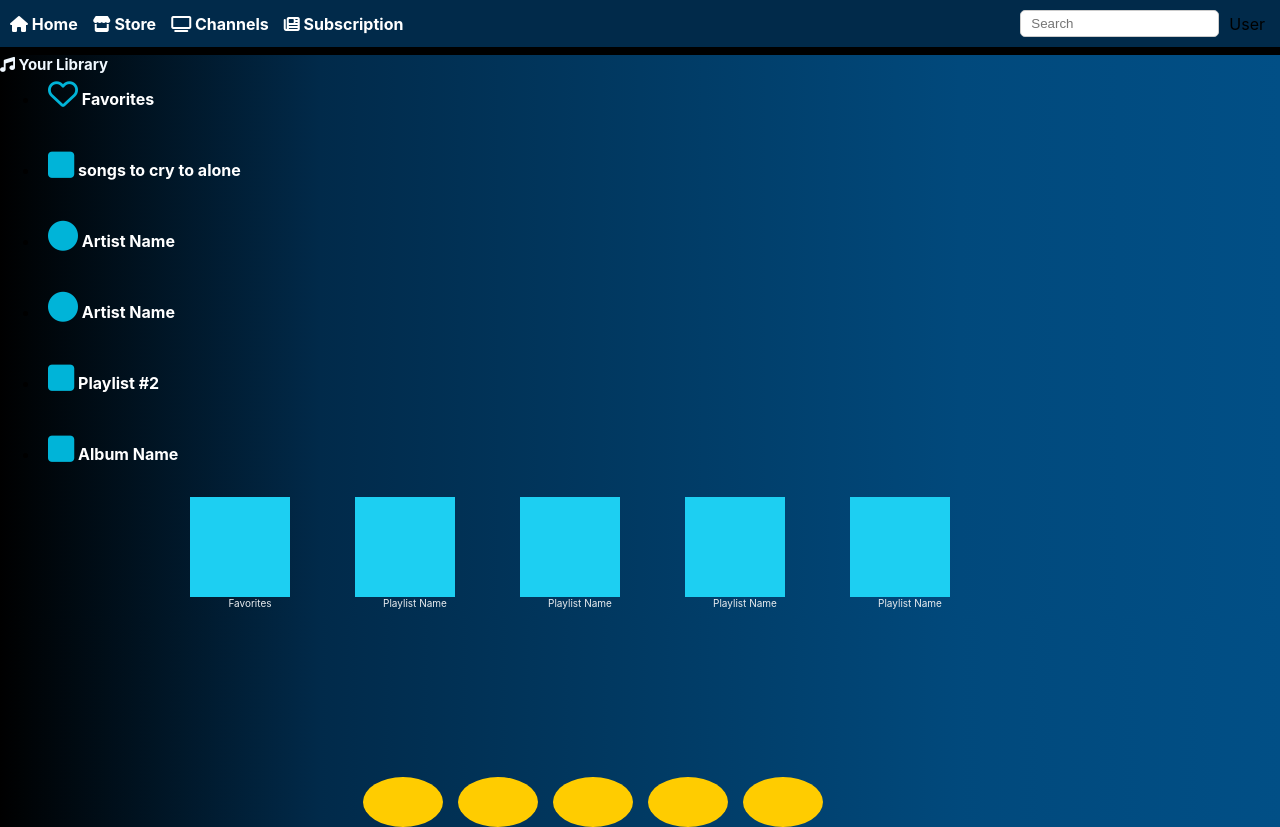
Repository: gordonnrat/group-2-project
Page: / (app in source-code/)
The author's editor kept a copy of each file at every save. The page is drawn from the files as they stood at one save, then again after the next save.
The browser window is 1280 px wide. The pictures show the whole page.
The project was rebuilt for these pictures with package versions that can differ from the ones it lists, and the page was loaded fresh each time. Also part of the build but not shown: source-code/src/App.css, source-code/src/App.js, source-code/src/components/pages/Login.js.

Above is the page before, as saved 2023-07-29 21:29:52.

### source-code/src/index.js
import React from 'react';
import ReactDOM from 'react-dom';
import './index.css';
import reportWebVitals from './reportWebVitals';
import {
  BrowserRouter as Router,
  Routes,
  Route,
  Link
} from "react-router-dom";

import App from './App';
import Home from './components/pages/Home';
import Login from './components/pages/Login';

ReactDOM.render(
  <React.StrictMode>
    <Router>
      <Routes>
        <Route path="/" element={<Home />} />
        <Route path="/login" element={<Login />} />
        {/* Add more routes here */}
        <Route path="/group-2-project" element={<Link to="/" />} />
      </Routes>
    </Router>
  </React.StrictMode>,
  document.getElementById('root')
);

// If you want to start measuring performance in your app, pass a function
// to log results (for example: reportWebVitals(console.log))
// or send to an analytics endpoint. Learn more: https://bit.ly/CRA-vitals
reportWebVitals();

### source-code/src/index.css
body {
  margin: 0;
  font-family: -apple-system, BlinkMacSystemFont, 'Segoe UI', 'Roboto', 'Oxygen',
    'Ubuntu', 'Cantarell', 'Fira Sans', 'Droid Sans', 'Helvetica Neue',
    sans-serif;
  -webkit-font-smoothing: antialiased;
  -moz-osx-font-smoothing: grayscale;
}

code {
  font-family: source-code-pro, Menlo, Monaco, Consolas, 'Courier New',
    monospace;
}

body {
  background: linear-gradient(0.25turn,black,#012A4A, #013A63, #01497C,#014F86);


}

### source-code/src/components/pages/Home.js
// Home.js

import React from "react";
import { Link } from "react-router-dom";
import Navbar from "../Navbar";
import "./js.css";

function Home() {
  return (
    <div>
      <Navbar />
      <h1 className="top-heading">
        <i className="fas fa-music"></i> Your Library
      </h1>
      <div className="main-container">
        <div className="squares-container">
          {/* Square 1 */}
          <Link to="/favorites">
            <div className="square-container">
              <div className="text">Favorites</div>
              <div className="square square-red"></div>
            </div>
          </Link>

          {/* Square 2 */}
          <Link to="/Playlist">
            <div className="square-container">
              <div className="text">Playlist Name</div>
              <div className="square square-blue"></div>
            </div>
          </Link>

          {/* Square 3 */}
          <Link to="/Playlist">
            <div className="square-container">
              <div className="text">Playlist Name</div>
              <div className="square square-green"></div>
            </div>
          </Link>

          {/* Square 4 */}
          <Link to="/Playlist">
            <div className="square-container">
              <div className="text">Playlist Name</div>
              <div className="square square-orange"></div>
            </div>
          </Link>

          {/* Square 5 */}
          <Link to="/Playlist">
            <div className="square-container">
              <div className="text">Playlist Name</div>
              <div className="square square-purple"></div>
            </div>
          </Link>
        </div>

        <div className="circles-container">
          {/* Circle 1 */}
          <Link to="/Playlist">
            <div className="circle-container">
              <div className="circle"></div>
            </div>
          </Link>

          {/* Circle 2 */}
          <Link to="/Playlist">
            <div className="circle-container">
              <div className="circle"></div>
            </div>
          </Link>

          {/* Circle 3 */}
          <Link to="/Playlist">
            <div className="circle-container">
              <div className="circle"></div>
            </div>
          </Link>

          {/* Circle 4 */}
          <Link to="/Playlist">
            <div className="circle-container">
              <div className="circle"></div>
            </div>
          </Link>

          {/* Circle 5 */}
          <Link to="/Playlist">
            <div className="circle-container">
              <div className="circle"></div>
            </div>
          </Link>
        </div>
      </div>
    </div>
  );
}

export default Home;

### source-code/src/components/Navbar.js
import React from "react";
import { Link } from "react-router-dom";
import "./Navbar.css";
import "@fortawesome/fontawesome-free/css/all.min.css";

function Navbar() {
  return (
    <div>
      {/* Main Navbar */}
      <nav className="navbar">
        <ul className="left-nav">
          <li>
            <Link to="/">
              <i className="fas fa-home"></i> Home
            </Link>
          </li>
          <li>
            <Link to="/Store">
              <i className="fas fa-store"></i> Store
            </Link>
          </li>
          <li>
            <Link to="/Channels">
              <i className="fas fa-tv"></i> Channels
            </Link>
          </li>
          <li>
            <Link to="/Subscription">
              <i className="fas fa-newspaper"></i> Subscription
            </Link>
          </li>
        </ul>
        <div className="right-nav">
          <input type="text" placeholder="Search" />
          <div className="user-section">
            {/* Your user-related elements can go here */}
            <span>User</span>
          </div>
        </div>
      </nav>

      {/* Sidebar */}
      <aside className="sidebar">
        {/* Your sidebar content can go here */}
        <ul>
          <li>
            <Link to="/Favorites">
              <i className="far fa-heart"></i> Favorites
            </Link>
          </li>
          <li>
            <Link to="/songs to cry to alone">
              <i className="fas fa-square"></i> songs to cry to alone

            </Link>
          </li>
          {/* Add more sidebar items as needed */}

          <li>
          <Link to="/Artist Name">
              <i className="fas fa-circle"></i> Artist Name
            </Link>
            </li>


            <li>
            <Link to="/Artist Name">
              <i className="fas fa-circle"></i> Artist Name
            </Link>
            </li>

            <li>
            <Link to="/Playlist">
              <i className="fas fa-square"></i> Playlist #2
            </Link>
            </li>
            <li>
            <Link to="/Album Name">
              <i className="fas fa-square"></i> Album Name
            </Link>
            </li>













        </ul>
      </aside>
    </div>
  );
}

export default Navbar;

### source-code/src/components/pages/js.css
/* js.css */

.main-container {
  display: flex;
  flex-direction: column;
  align-items: center;
  justify-content: center;
  margin-top: 20px;
}

.squares-container {
  display: flex;
  justify-content: space-between;
  max-width: 800px;
  margin: 0 auto;
}

.square-container {
  margin-right: 65px;
  position: relative;
}

.text {
  position: absolute;
  top: 100px;
  left: 10%;
  font-size: 10px;
  color: rgb(234, 237, 240);
  transform: translateX(-50%);
}

.square {
  width: 100px;
  height: 100px;
  background-color: rgb(29, 207, 242);
  top: 300px;
  left: 30%;
  transform: translateX(-50%);
}

.top-heading {
  position: absolute;
  top: 45px;
  left: 0;
  font-size: 15px;
  color: aliceblue;
}

/* Add styles for the circles */

.circles-container {
  display: flex;
  justify-content: center;
  align-items: flex-start;
  margin-top: 20px;
}

.circle-container {
  margin-right: 95px;
  position: relative;
}

.circle {
  width: 80px;
  height: 50px;
  border-radius: 50%;
  background-color: #ffcc00; /* You can set the color for the circles */
  position: absolute;
  top: 160px; /* Adjust the vertical position of the circles below the squares */
  left: 30%; /* Horizontally center the circles */
  transform: translateX(-50%);
}

### source-code/src/components/Navbar.css

/* Navbar.css */

/* Navbar.css */

.navbar {
    background-color: #012A4A;
    padding: 10px;
    display: flex;
    justify-content: space-between;
    align-items: center;

    /* Add border line to the bottom of the navigation bar */
    border-bottom: 8px solid black; /* Replace #fff with your desired border color */
}



.left-nav {
    list-style-type: none;
    margin: 0;
    padding: 0;
    display: flex;
    align-items: center;
}

.left-nav li {
    margin-right: 15px;
}

.left-nav li:last-child {
    margin-right: 0;
}

.left-nav li a {
    text-decoration: none;
    color:white;

    font-size: 16px;
    font-weight: bold;
}

.left-nav li a:hover {
    color: white;
}

.right-nav {
    display: flex;
    align-items: center;
}

.right-nav input[type="text"] {
    padding: 5px 10px;
    border: 1px solid #ccc;
    border-radius: 5px;
    margin-right: 10px;
}

.user-section {
    display: flex;
    align-items: center;
}

.user-section span {
    margin-right: 5px;
}

.user-section img {
    width: 30px;
    height: 30px;
    border-radius: 50%;
}




  .sidebar li a {
    display: block;
    padding: 8px;
    color: white;
    text-decoration: none;
    position: relative;
  }

  .sidebar li {
    margin-bottom: 25px; /* Add space between each sidebar item */
  }

  .sidebar li a i {
    font-size: 30px;
    color: #00B4D8;
    position: relative;
    z-index: 2; /* Set z-index to place the icons in front of the border line */
  }


  .sidebar li a {
    text-decoration: none;
    color: white;
    font-size: 16px;
    font-weight: bold;
}

Loaded but not shown: source-code/public/index.html (common file); source-code/src/reportWebVitals.js (common file)

After the next save:
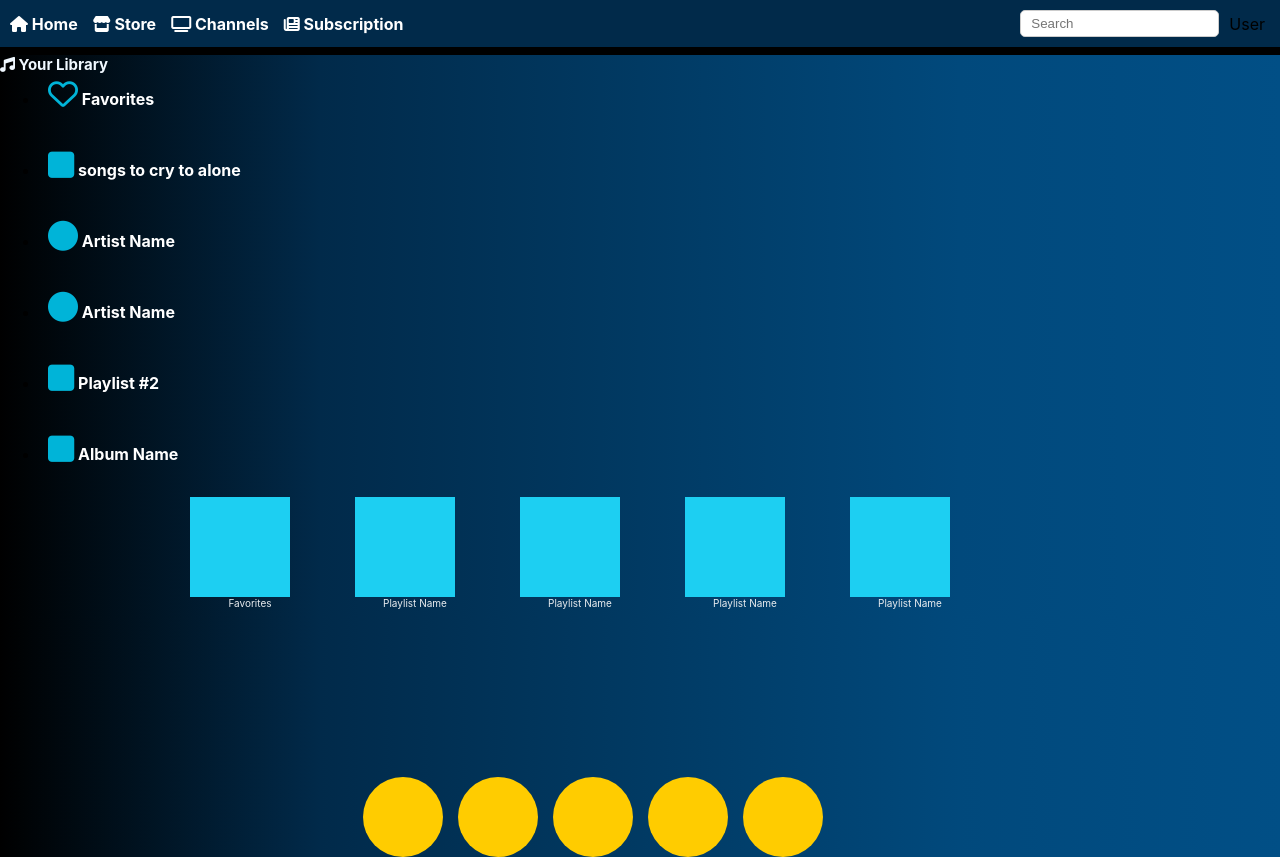
Saved 5 s later.
--- a/source-code/src/components/pages/js.css
+++ b/source-code/src/components/pages/js.css
@@ -62,7 +62,7 @@
 
 .circle {
   width: 80px;
-  height: 50px;
+  height: 80px;
   border-radius: 50%;
   background-color: #ffcc00; /* You can set the color for the circles */
   position: absolute;
